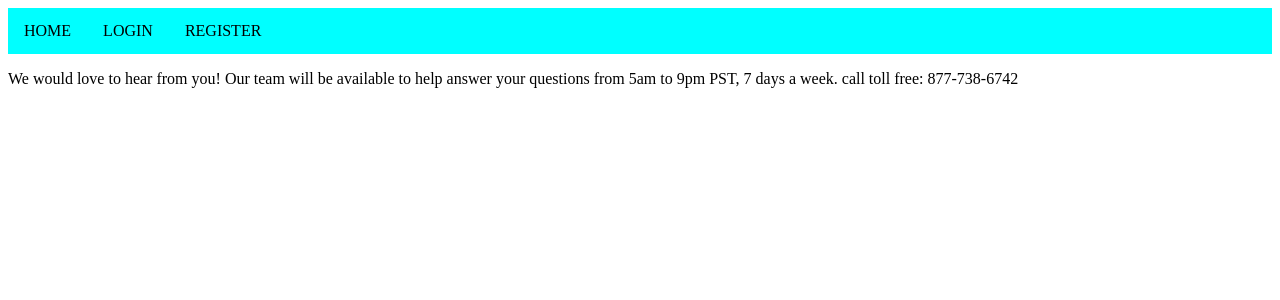
Repository: GaithCattan/COSW30
Page: labwork/testing/contact_page.html
The author's editor kept a record of every edit. The page is drawn from the files as they stood at one moment, then again after the next edit.
The browser window is 1280 px wide. The pictures show the whole page.

Above is the page before.

### labwork/testing/contact_page.html
<!doctype html>
<html lang="en">
<head>
    <meta charset="utf-8">
    <title>Treat Street</title>

    <style>

    ul {
      list-style-type: none;
      margin: 0;
      padding: 0;
      overflow: hidden;
      background-color: #00ffff;
    }

    li {
      float: left;
    }

    li a {
      display: block;
      color: black;
      text-align: center;
      padding: 14px 16px;
      text-decoration: none;
    }

    li a:hover {
      background-color: blue;
    }
            </style>

</head>
<body>
<!-- END HEADER -->


        <div id="header">
            <ul id="nav">
                <li><a class="active" href="index.php">HOME</a></li>
                <li><a href="login.php">LOGIN</a></li>
                <li><a href="register.php">REGISTER</a></li>
            </ul>
        </div>



        <div id="container1">
            <p>We would love to hear from you!
            Our team will be available to help answer your questions from 5am to 9pm PST, 7 days a week.
            call toll free: 877-738-6742</p>

        </div>











<!-- START FOOTER -->
</body>
</html>

After the next edit:
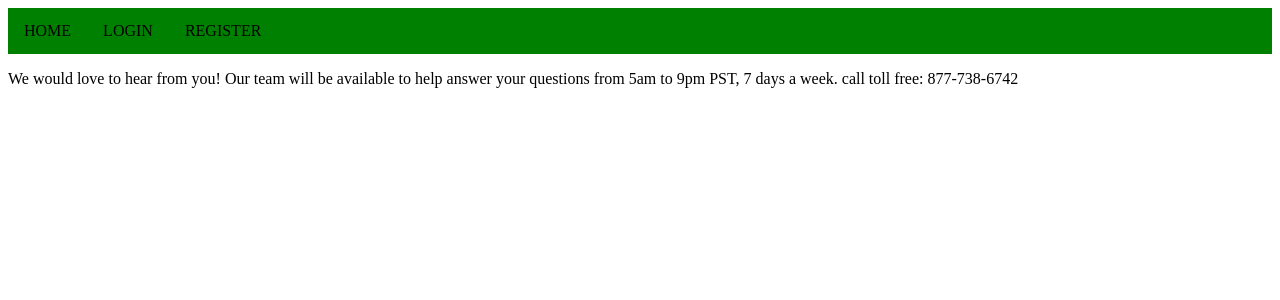
The edit:
--- a/labwork/testing/contact_page.html
+++ b/labwork/testing/contact_page.html
@@ -11,7 +11,7 @@
       margin: 0;
       padding: 0;
       overflow: hidden;
-      background-color: #00ffff;
+      background-color: green;
     }
 
     li {
